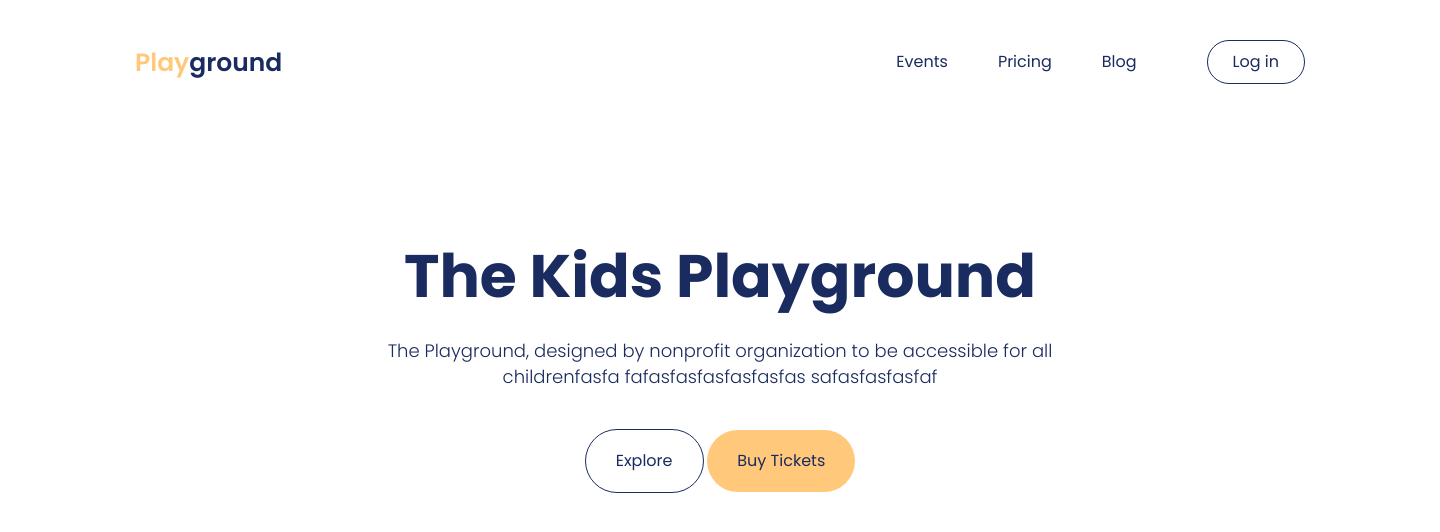
Repository: khuong30082000/the-playground
Page: index.html
These files come from the project's save history. The page is drawn as it stood at one moment and after the next save; the edit follows.
The browser window is 1280 px wide. The page is 1440 px wide, so the pictures cover 1440 px, including what lies to the right of the window. The pictures show the whole page.
The style sheet was rebuilt from its Sass, Less or Tailwind sources for each picture, by a compiler version that may differ from the author's.

Above is the page before, as saved 2022-04-25 13:29:29.

### index.html
<!DOCTYPE html>
<html lang="en">

<head>
    <meta charset="UTF-8" />
    <meta http-equiv="X-UA-Compatible" content="IE=edge" />
    <meta name="viewport" content="width=device-width, initial-scale=1.0" />
    <title>Document</title>
    <link rel="stylesheet" href="css/style.css" />
    <link rel="preconnect" href="https://fonts.googleapis.com" />
    <link rel="preconnect" href="https://fonts.gstatic.com" crossorigin />
    <link href="https://fonts.googleapis.com/css2?family=Poppins:wght@300;400;600;700&display=swap" rel="stylesheet" />
    <link rel="stylesheet"
        href="https://cdn.jsdelivr.net/npm/@fortawesome/fontawesome-free@5.15.4/css/fontawesome.min.css" />
</head>

<body>
    <div class="wrapper">
        <header class="header">
            <div class="container ">
                <div class="header__inner">
                    <a href="index.html" class="header__logo"><span class="header__logo-text">Play</span>ground</a>
                    <ul class="header__menu-list">
                        <li class="header__menu-item">
                            <a href="" class="header__menu-link">Events</a>
                        </li>
                        <li class="header__menu-item">
                            <a href="" class="header__menu-link">Pricing</a>
                        </li>
                        <li class="header__menu-item">
                            <a href="" class="header__menu-link">Blog</a>
                        </li>
                        <li class="header__menu-item">
                            <a href="" class="header__menu-link header__menu-login">Log in</a>
                        </li>
                    </ul>
                </div>
            </div>
        </header>
        <section class="banner">
            <div class="container">
                <h1 class="banner__heading">The Kids Playground</h1>
                <p class="banner__desc">The Playground, designed by nonprofit organization to be accessible for all
                    childrenfasfa fafasfasfasfasfasfas safasfasfasfaf </p>
                <div class="banner__bottom">
                    <a href="" class="banner__btn banner__bottom--border banner__bottom--rounded">Explore</a>
                    <a href="" class="banner__btn banner__bottom--primary banner__bottom--rounded">Buy Tickets</a>
                </div>
            </div>
        </section>
    </div>
</body>

</html>

### scss/style.scss
@import "./variable";
@import "./mixins";
@import "./base";
@import  "./header";
@import "./banner";

### scss/_variable.scss
$primary-color:#ffc87a;
$text-color:#1a2b5f

### scss/_mixins.scss
@mixin flex($align:flex-start,$justify:flex-start,$wrap:nowrap) {
   display:flex;
   align-items: $align;
   justify-content: $justify;
   flex-wrap: $wrap;
}

### scss/_base.scss
*,
*::before,
*::after {
    box-sizing: border-box;
}
* {
    margin: 0;
}

html,
body {
    height: 100%;
    font-size: 62.5%;
}
a {
    text-decoration: none;
}
body {
    line-height: 1.5;
    -webkit-font-smoothing: antialiased;
    -webkit-tap-highlight-color: rgba(0, 0, 0, 0);
}
img {
    display: block;
    max-width: 100%;
}

input,
button,
textarea,
select {
    font: inherit;
    outline: none;
    border: none;
}
p,
h1,
h2,
h3,
h4,
h5,
h6 {
    overflow-wrap: break-word;
}
body {
    font-family: "Poppins", sans-serif;
    font-size: 1.4rem;
    line-height: 1.4;
    color: $text-color;
}
.wrapper {
    width: 144rem;
    margin: 0 auto;
}
.container {
    max-width: 121rem;
    padding-left: 2rem;
    padding-right: 2rem;
    margin: 0 auto;
}

### scss/_header.scss
.header {
  padding-top: 4rem;
  &__inner {
    @include flex(center, space-between);
  }
  &__menu {
    &-list {
      @include flex(center);
      list-style: none;
    }
    &-item {
      margin-left: 5rem;
      &:last-child {
        margin-left: 7rem;
      }
    }
    &-link {
      font-size: 1.6rem;
      color: $text-color;
      transition:color 0.25s linear , border 0.25s linear;
      &:hover {
        color: $primary-color;
      }
    }
    &-login {
      padding: 1rem 2.5rem;
      border: 1px solid;
      border-radius: 2.5rem;
      display: inline-block;
    }
  }
  &__logo {
    font-size: 2.5rem;
    font-weight: 600;
    color: $text-color;
    &-text {
      color: $primary-color;
    }
  }
}

### scss/_banner.scss
.banner {
    padding-top: 15rem;
    max-width: 80rem;
    margin: 0 auto;
    text-align: center;
    &__heading {
        font-weight: 700;
        font-size: 6rem;
        margin-bottom: 2rem;
    }
    &__desc {
        font-size: 1.8rem;
        font-weight: 300;
        margin-bottom: 4rem;

    }
    &__btn {
        cursor:pointer;
        font-size: 1.6rem;
        outline:none;
        text-align: center;
        color:$text-color;
        padding:2rem 3rem;
        border:0;
        display: inline-block;
        background-color: transparent;
    }
    &__bottom {
        &--border {
            border:1px solid currentColor;
        }
        &--rounded {
            border-radius:5rem;
        }
        &--primary {
            background-color: $primary-color;
        }

    }
}

After the next save:
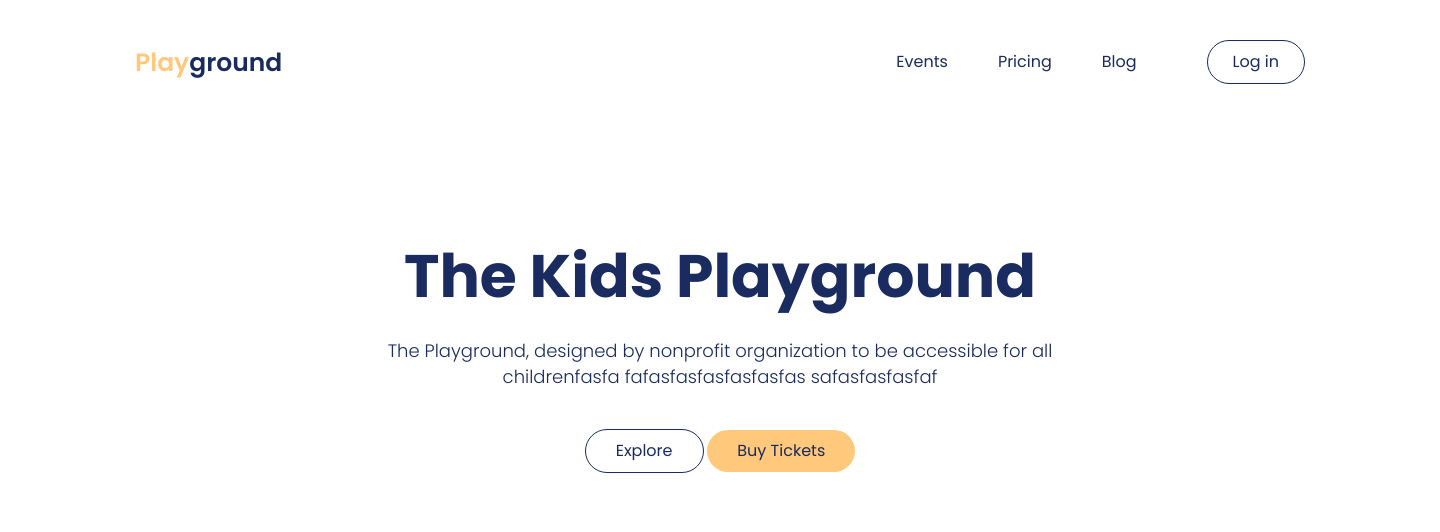
Saved 20 s later.
--- a/scss/_banner.scss
+++ b/scss/_banner.scss
@@ -20,7 +20,7 @@
         outline:none;
         text-align: center;
         color:$text-color;
-        padding:2rem 3rem;
+        padding:1rem 3rem;
         border:0;
         display: inline-block;
         background-color: transparent;
